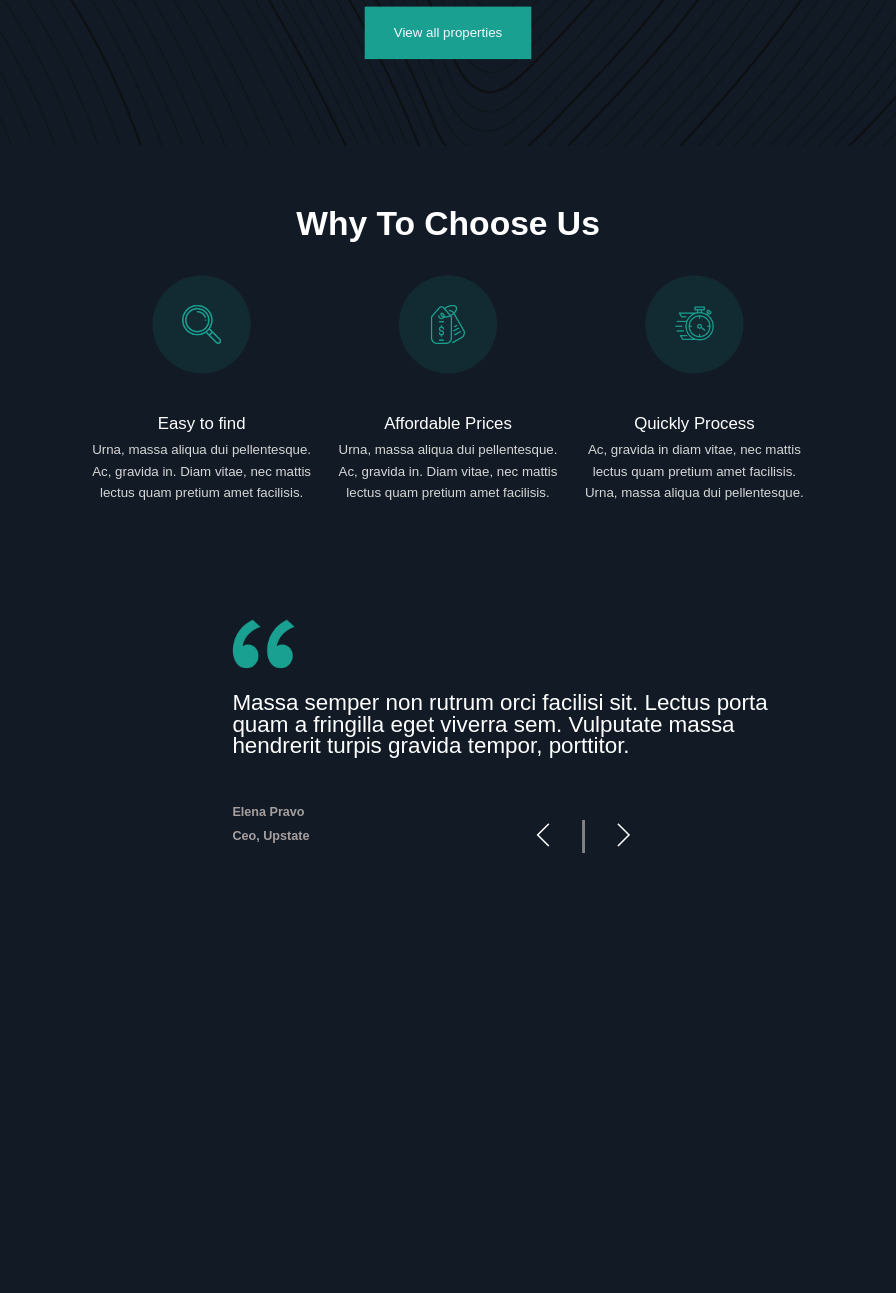
Repository: tung1233hhhhhhhhhhhhh/WebClone-Home
Page: index.html
An editor plug-in stored every save of this project. The page is shown before and after the next save, followed by the edit.
The browser window is 1280 px wide. The pictures show the part of the page from y = 1858 to 3778 px (the page is 3705 px tall before and 3778 px after), at 70% of full size.

Above is the page before, as saved 2023-05-24 12:40:01.

### index.html
<!DOCTYPE html>
<html lang="en">

<head>
    <meta charset="UTF-8">
    <meta http-equiv="X-UA-Compatible" content="IE=edge">
    <meta name="viewport" content="width=device-width, initial-scale=1.0">
    <title>Document</title>
    <link rel="stylesheet" href="./assets/css/main.css">
    <link rel="stylesheet" href="./assets/css/root.css">
    <link rel="stylesheet" href="./assets/fonts/themify-icons/themify-icons.css">
</head>

<body>
    <div id="hearder">
        <div class="nav">
            <div class="nav-brand">
                <img src="./assets/img/logo.png" alt="">
            </div>
            <ul class="nav-list">
                <li><a href="">Home</a></li>
                <li><a href="">About Us</a></li>
                <li><a href="">Buying</a></li>
                <li><a href="">Renting</a> </li>
                <li><a href="">Selling</a> </li>
                <li><a href="">Contant Us</a> </li>
                <li><a href="">Pages
                        <i class="ti-angle-down"></i>
                    </a> </li>
                <li><button class="nav-btn-login">Login</button></li>
                <li><button class="nav-btn-signup">Sign Up</button></li>
            </ul>
        </div>
    </div>

    <!--billboard  -->

    <div id="billboard">
        <div class="container">
            <div class="main">
                <div class="billboard-text">
                    <h1>Perfect Way To Buy And Sell A Home</h1>
                    <p>Diam vitae, nec mattis lectus quam pretium amet facilisis. Urna, massa aliqua dui pellentesque.
                        Ac, gravida in eget non amet eget purus non.</p>
                    <div class="navbar-billboard">
                        <div class="container-billboard">

                            <div class="billboard-select">
                                <select name="" id="" class="form-select">
                                    <option value="">Purpose</option>
                                    <option value="">Buy</option>
                                    <option value="">Action</option>
                                    <option value="">Something else here</option>
                                </select>
                            </div>
                            <div class="billboard-select">
                                <select name="" id="" class="form-select">
                                    <option value="">Location</option>
                                    <option value="">Action</option>
                                    <option value="">Another action</option>
                                    <option value="">Something else here</option>
                                </select>
                            </div>
                            <div class="billboard-select">
                                <select name="" id="" class="form-select">
                                    <option value="">Action</option>
                                    <option value="">Another action</option>
                                    <option value="">Something else here</option>
                                    <option value="">Type</option>
                                </select>
                            </div>
                            <div class="billboard-btn">
                                <button class="btn-select">Search</button>
                            </div>
                        </div>
                    </div>
                </div>

                <div class="billboard-img"></div>

            </div>
        </div>
    </div>

    <!-- feature -->

    <div id="feature">
        <div class="container">
            <div class="feature-row">
                <h2>Featured In</h2>
            </div>
            <div class="feature-row row-logo">
                <div class="feature-logo">
                    <img src="./assets/img/logo1.png" alt="">
                </div>
                <div class="feature-logo">
                    <img src="./assets/img/logo2.png" alt="">
                </div>
                <div class="feature-logo">
                    <img src="./assets/img/logo3.png" alt="">
                </div>
                <div class="feature-logo">
                    <img src="./assets/img/logo4.png" alt="">
                </div>
                <div class="feature-logo">
                    <img src="./assets/img/logo6.png" alt="">
                </div>
            </div>
        </div>
    </div>

    <!-- residence -->

    <div id="residence">
        <div class="container">
            <h2 class="text-residence">Popular Residence</h2>
            <div class="btn-next"></div>
            <div class="btn-prev"></div>
            <div class="residence-content">
                <div class="wrapper-residence">
                    <div class="box-slide">
                        <div class="card">
                            <img src="./assets/img/katie-musial-Zf5zT1torbg-unsplash.png" alt="">
                            <div class="card-text">
                                <h5>Aliva Priva Jalvin</h5>
                                <p>1087 Pin Oak Drive, Clinton, USA</p>
                                <div class="card-logo">
                                    <ul>
                                        <li class="logo-list">
                                            <img src="./assets/img/bed.png" alt="">
                                            4 bed
                                        </li>
                                        <li class="logo-list">
                                            <img src="./assets/img/bath.png" alt="">
                                            2 bath
                                        </li>
                                        <li class="logo-list">
                                            <img src="./assets/img/square.png" alt="">
                                            1203 Sqft.
                                        </li>
                                    </ul>
                                </div>
                            </div>

                        </div>
                    </div>

                    <div class="box-slide">
                        <div class="card">
                            <img src="./assets/img/lance-anderson-QdAAasrZhdk-unsplash.png" alt="">
                            <div class="card-text">
                                <h5>Aliva Priva Jalvin</h5>
                                <p>1087 Pin Oak Drive, Clinton, USA</p>
                                <div class="card-logo">
                                    <ul>
                                        <li class="logo-list">
                                            <img src="./assets/img/bed.png" alt="">
                                            4 bed
                                        </li>
                                        <li class="logo-list">
                                            <img src="./assets/img/bath.png" alt="">
                                            2 bath
                                        </li>
                                        <li class="logo-list">
                                            <img src="./assets/img/square.png" alt="">
                                            1203 Sqft.
                                        </li>
                                    </ul>
                                </div>
                            </div>
                        </div>
                    </div>

                    <div class="box-slide">
                        <div class="card">
                            <img src="./assets/img/pexels-scott-webb-532569.png" alt="">
                            <div class="card-text">
                                <h5>Aliva Priva Jalvin</h5>
                                <p>1087 Pin Oak Drive, Clinton, USA</p>
                                <div class="card-logo">
                                    <ul>
                                        <li class="logo-list">
                                            <img src="./assets/img/bed.png" alt="">
                                            4 bed
                                        </li>
                                        <li class="logo-list">
                                            <img src="./assets/img/bath.png" alt="">
                                            2 bath
                                        </li>
                                        <li class="logo-list">
                                            <img src="./assets/img/square.png" alt="">
                                            1203 Sqft.
                                        </li>
                                    </ul>
                                </div>
                            </div>
                        </div>
                    </div>

                    <div class="box-slide">
                        <div class="card">
                            <img src="./assets/img/katie-musial-Zf5zT1torbg-unsplash.png" alt="">
                            <div class="card-text">
                                <h5>Aliva Priva Jalvin</h5>
                                <p>1087 Pin Oak Drive, Clinton, USA</p>
                                <div class="card-logo">
                                    <ul>
                                        <li class="logo-list">
                                            <img src="./assets/img/bed.png" alt="">
                                            4 bed
                                        </li>
                                        <li class="logo-list">
                                            <img src="./assets/img/bath.png" alt="">
                                            2 bath
                                        </li>
                                        <li class="logo-list">
                                            <img src="./assets/img/square.png" alt="">
                                            1203 Sqft.
                                        </li>
                                    </ul>
                                </div>
                            </div>

                        </div>
                    </div>

                    <div class="box-slide">
                        <div class="card">
                            <img src="./assets/img/lance-anderson-QdAAasrZhdk-unsplash.png" alt="">
                            <div class="card-text">
                                <h5>Aliva Priva Jalvin</h5>
                                <p>1087 Pin Oak Drive, Clinton, USA</p>
                                <div class="card-logo">
                                    <ul>
                                        <li class="logo-list">
                                            <img src="./assets/img/bed.png" alt="">
                                            4 bed
                                        </li>
                                        <li class="logo-list">
                                            <img src="./assets/img/bath.png" alt="">
                                            2 bath
                                        </li>
                                        <li class="logo-list">
                                            <img src="./assets/img/square.png" alt="">
                                            1203 Sqft.
                                        </li>
                                    </ul>
                                </div>
                            </div>
                        </div>
                    </div>

                    <div class="box-slide">
                        <div class="card">
                            <img src="./assets/img/pexels-scott-webb-532569.png" alt="">
                            <div class="card-text">
                                <h5>Aliva Priva Jalvin</h5>
                                <p>1087 Pin Oak Drive, Clinton, USA</p>
                                <div class="card-logo">
                                    <ul>
                                        <li class="logo-list">
                                            <img src="./assets/img/bed.png" alt="">
                                            4 bed
                                        </li>
                                        <li class="logo-list">
                                            <img src="./assets/img/bath.png" alt="">
                                            2 bath
                                        </li>
                                        <li class="logo-list">
                                            <img src="./assets/img/square.png" alt="">
                                            1203 Sqft.
                                        </li>
                                    </ul>
                                </div>
                            </div>
                        </div>
                    </div>


                </div>
            </div>
            <div class="residence-btn">
                <button>View all properties</button>
            </div>
        </div>
    </div>

    <!-- about-us -->

    <div id="about-us">
        <div class="container">
            <div class="main">
                <h2>Why To Choose Us</h2>
                <div class="about-content">
                    <div class="about-box">
                        <img src="./assets/img/search.png" alt="">
                        <h4>Easy to find</h4>
                        <p>Urna, massa aliqua dui pellentesque. Ac, gravida in. Diam vitae, nec mattis lectus quam
                            pretium amet facilisis.</p>
                    </div>
                    <div class="about-box">
                        <img src="./assets/img/price.png" alt="">
                        <h4>Affordable Prices</h4>
                        <p>Urna, massa aliqua dui pellentesque. Ac, gravida in. Diam vitae, nec mattis lectus quam
                            pretium amet facilisis.</p>
                    </div>
                    <div class="about-box">
                        <img src="./assets/img/time.png" alt="">
                        <h4>Quickly Process</h4>
                        <p>Ac, gravida in diam vitae, nec mattis lectus quam pretium amet facilisis. Urna, massa aliqua
                            dui pellentesque.
                    </div>
                </div>
            </div>
        </div>
    </div>

    <!-- testimonial -->

    <div id="testimonial">
        <div class="container">
            <div class="testimonial-main">
                <div class="testimonial-wrapper">
                    <div class="slide-list">
                        <div class="slide-content">
                            <div class="slide-box">
                                <img src="./assets/img/quote.png" alt="">
                                <P>Massa semper non rutrum orci facilisi sit. Lectus porta quam a fringilla
                                    eget viverra sem. Vulputate massa hendrerit turpis gravida tempor, porttitor.</P>
                                <h1>Elena Pravo</h1>
                                <h2>Ceo, Upstate</h2>
                            </div>
                        </div>
                    </div>
                    <div class="slide-list">
                        <div class="slide-content">
                            <div class="slide-box">
                                <img src="./assets/img/quote.png" alt="">
                                <P>Massa semper non rutrum orci facilisi sit. Lectus porta quam a fringilla
                                    eget viverra sem. Vulputate massa hendrerit turpis gravida tempor, porttitor.</P>
                                <h1>Elena Pravo</h1>
                                <h2>Ceo, Upstate</h2>
                            </div>
                        </div>
                    </div>
                    <div class="slide-list">
                        <div class="slide-content">
                            <div class="slide-box">
                                <img src="./assets/img/quote.png" alt="">
                                <P>Massa semper non rutrum orci facilisi sit. Lectus porta quam a fringilla
                                    eget viverra sem. Vulputate massa hendrerit turpis gravida tempor, porttitor.</P>
                                <h1>Elena Pravo</h1>
                                <h2>Ceo, Upstate</h2>
                            </div>
                        </div>
                    </div>
                </div>
                <div class="testimonial-btn">
                    <div class="testimonial-prev">
                        <i class="ti-angle-left"></i>
                    </div>
                    <span>|</span>
                    <div class="testimonial-next">
                        <i class="ti-angle-right"></i>
                    </div>
                </div>
            </div>
        </div>
    </div>

    <div id="help">
        <div class="container">
            <div class="help-main"></div>
        </div>
    </div>



</body>

</html>

### assets/css/root.css
:root {
    --accent-color: #1AA090;
    --dark-color: #121B25;
    --grey-color: #83898F;
    --body-text-color: #FFFFFF;
    --light-text-color: #a69f9f;
    --link-color: #092035;
}

Loaded but not shown: assets/fonts/themify-icons/themify-icons.css (common file); assets/css/main.css (471 lines, source omitted)

After the next save:
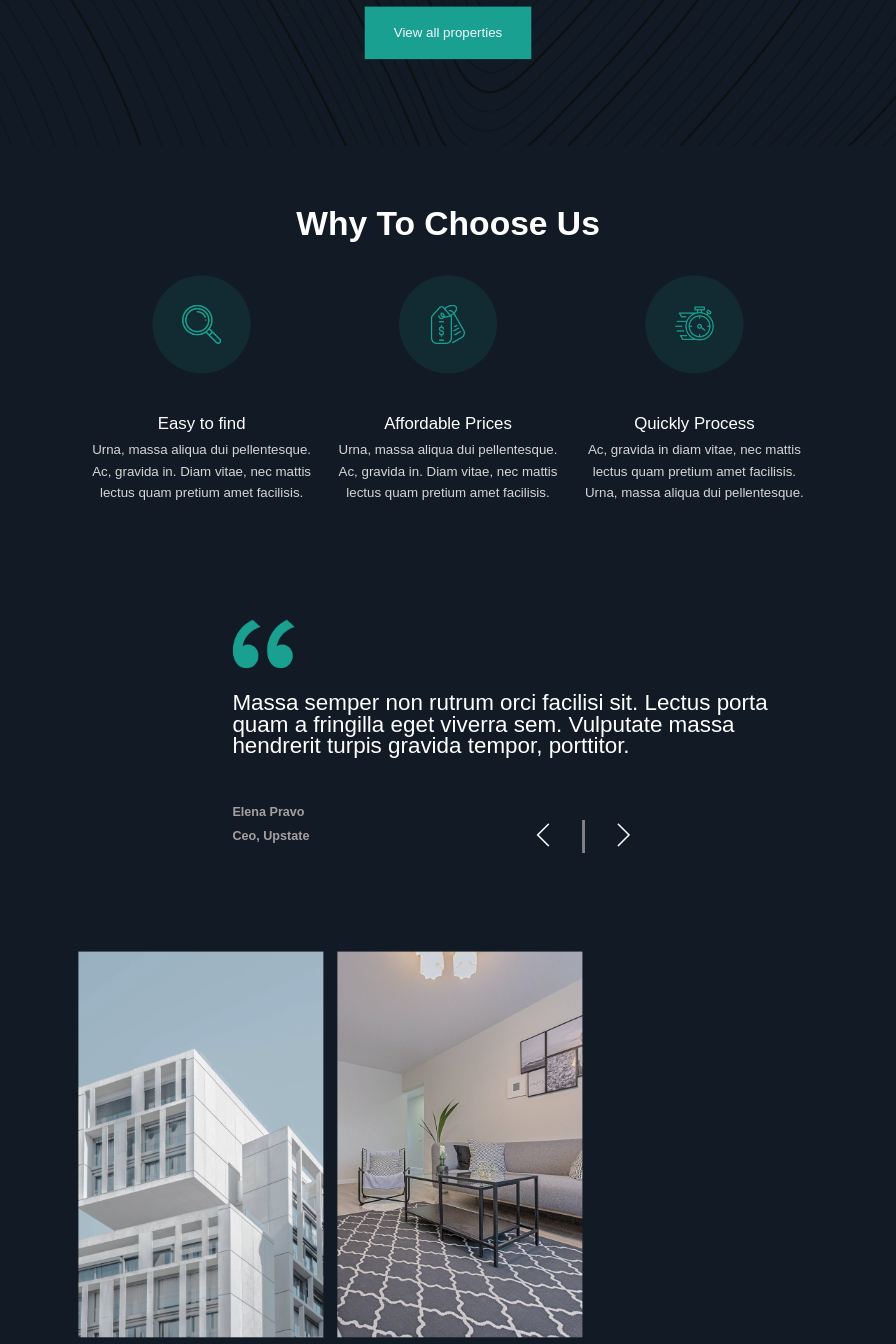
Saved 62 s later.
--- a/index.html
+++ b/index.html
@@ -370,7 +370,12 @@
 
     <div id="help">
         <div class="container">
-            <div class="help-main"></div>
+            <div class="help-main">
+                <div class="help-img">
+                    <img src="./assets/img/Group 1.png" alt="">
+                </div>
+                <div class="help-text"></div>
+            </div>
         </div>
     </div>
 
